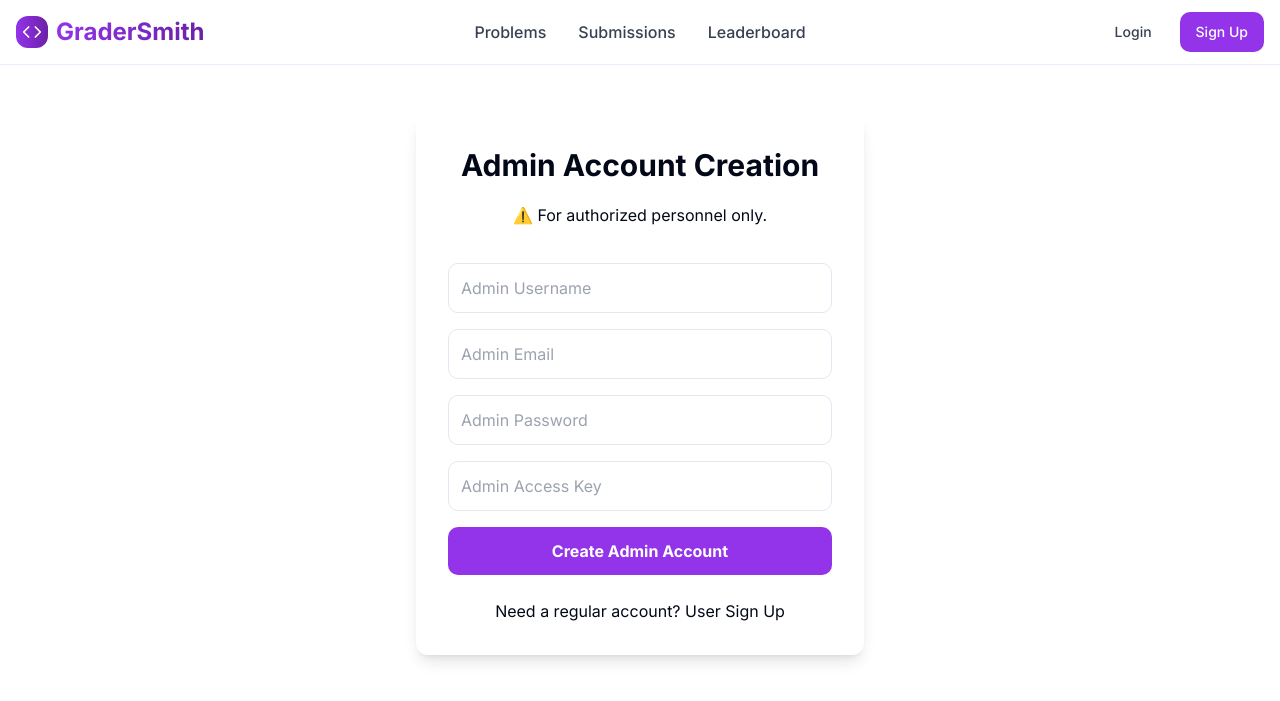
Repository: WOI-Core/TestSmith
Page: /admin-signup
The author's editor kept a copy of each file at every save. The page is drawn from the files as they stood at one save, then again after the next save.
The browser window is 1280 px wide. The pictures show the whole page.
The project was rebuilt for these pictures with package versions that can differ from the ones it lists, and the page was loaded fresh each time. The framework's server and built-in components were replaced by stand-ins that run in the browser. Also part of the build but not shown: next.config.mjs, components/ui/avatar.tsx, components/ui/dropdown-menu.tsx.

Above is the page before, as saved 2025-07-09 22:35:18.

After the next save:
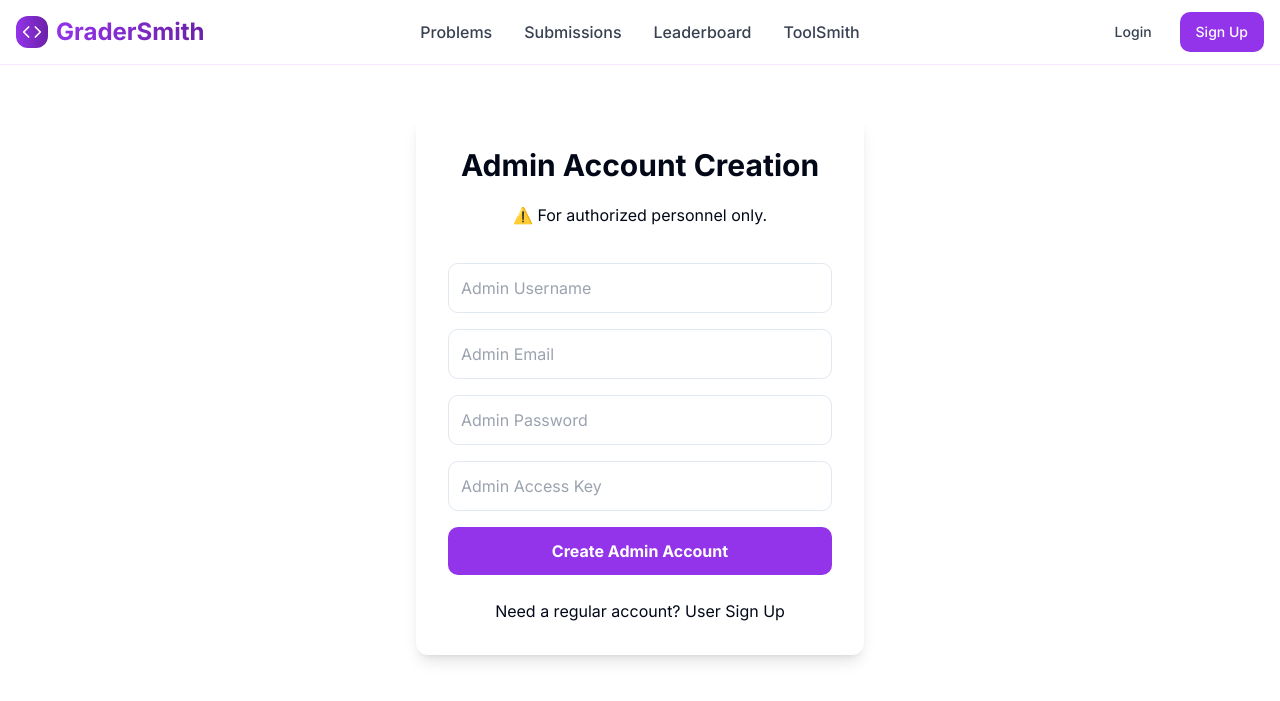
Saved 23 s later.
--- a/app/components/Header.tsx
+++ b/app/components/Header.tsx
@@ -40,11 +40,9 @@
             <Link href="/leaderboard" className="text-gray-700 hover:text-purple-600 font-medium transition-colors">
               Leaderboard
             </Link>
-            {user?.role === "admin" && (
-              <Link href="/toolsmith" className="text-gray-700 hover:text-purple-600 font-medium transition-colors">
-                ToolSmith
-              </Link>
-            )}
+            <Link href="/toolsmith" className="text-gray-700 hover:text-purple-600 font-medium transition-colors">
+              ToolSmith
+            </Link>
           </nav>
 
           {/* User Actions */}
